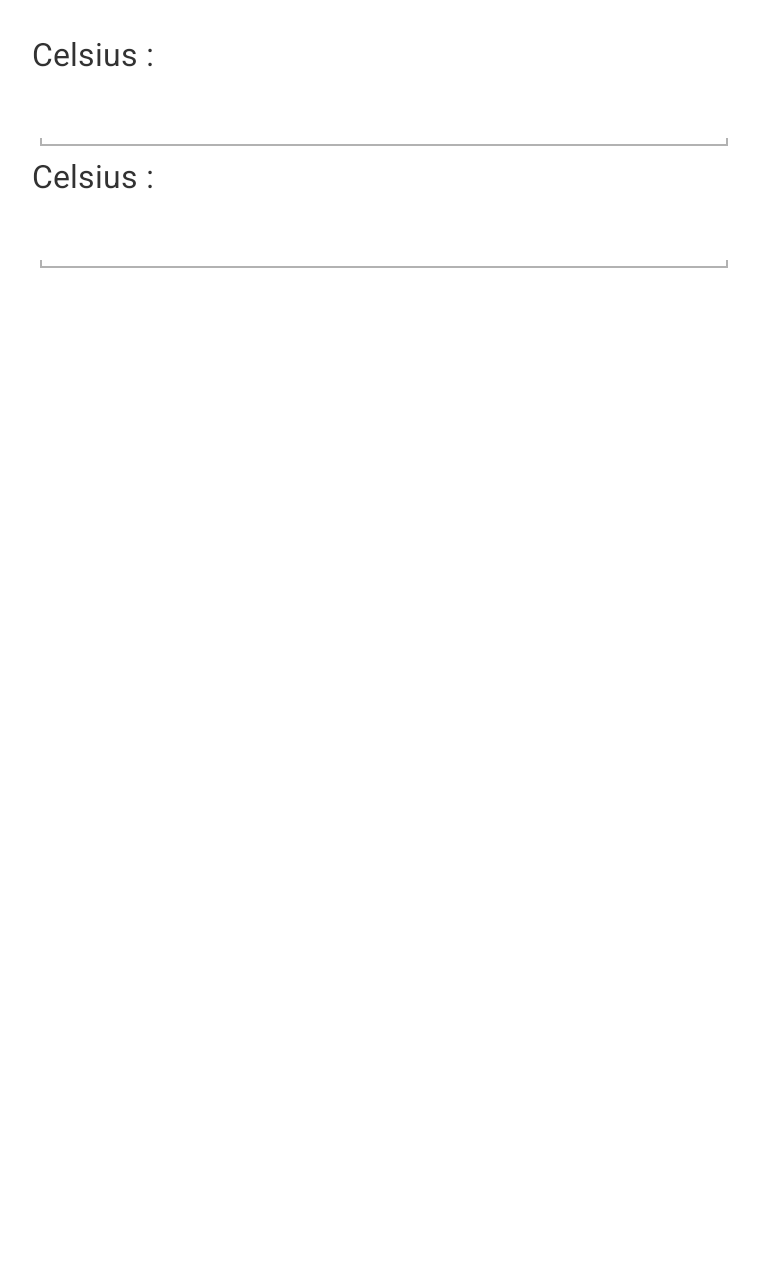
Repository: erickluz/Android
Layout: CelsiusToFahrenheit/res/layout/activity_main.xml
These files come from the project's save history. The layout is drawn as it stood at one moment and after a run of saves; the edit follows.
It is drawn on a 768 x 1280 px phone screen (xhdpi) without system bars, with theme AppTheme; the app's code is not run.

Above is the layout before, as saved 2016-03-15 00:13:01.

### CelsiusToFahrenheit/res/layout/activity_main.xml
<LinearLayout xmlns:android="http://schemas.android.com/apk/res/android"
    xmlns:tools="http://schemas.android.com/tools"
    android:layout_width="match_parent"
    android:layout_height="match_parent"
    android:paddingBottom="@dimen/activity_vertical_margin"
    android:paddingLeft="@dimen/activity_horizontal_margin"
    android:paddingRight="@dimen/activity_horizontal_margin"
    android:paddingTop="@dimen/activity_vertical_margin"
    android:orientation="vertical"
    tools:context="com.erick.celsiustofahrenheit.MainActivity" >

    <TextView
        android:layout_width="wrap_content"
        android:layout_height="wrap_content"
        android:textSize="16sp"
        android:text="@string/celsius" />

  <EditText
      	android:id="@+id/txtCelcius"
      	android:labelFor="@+id/txtCelcius"
      	android:layout_width="fill_parent"
      	android:layout_height="wrap_content"
      	android:inputType="number"/>

    <TextView
        android:layout_width="wrap_content"
        android:layout_height="wrap_content"
        android:textSize="16sp"
        android:text="@string/celsius" />

  <EditText
      	android:id="@+id/txtFahrenheit"
      	android:labelFor="@+id/txtFahrenheit"
      	android:layout_width="fill_parent"
      	android:layout_height="wrap_content"
      	android:inputType="number"/>

</LinearLayout>

### CelsiusToFahrenheit/res/values/strings.xml
<?xml version="1.0" encoding="utf-8"?>
<resources>

    <string name="app_name">CelsiusToFahrenheit</string>
    <string name="hello_world">Hello world!</string>
    <string name="action_settings">Settings</string>
    <string name="celsius">Celsius :</string>
    <string name="fahrenheit">Fahrenheit:</string>

</resources>

Loaded but not shown: CelsiusToFahrenheit/res/values/styles.xml (common file); CelsiusToFahrenheit/res/values-v11/styles.xml (common file); CelsiusToFahrenheit/res/values-v14/styles.xml (common file); CelsiusToFahrenheit/res/values/dimens.xml (common file); CelsiusToFahrenheit/res/values-w820dp/dimens.xml (common file)

After the next 2 saves:
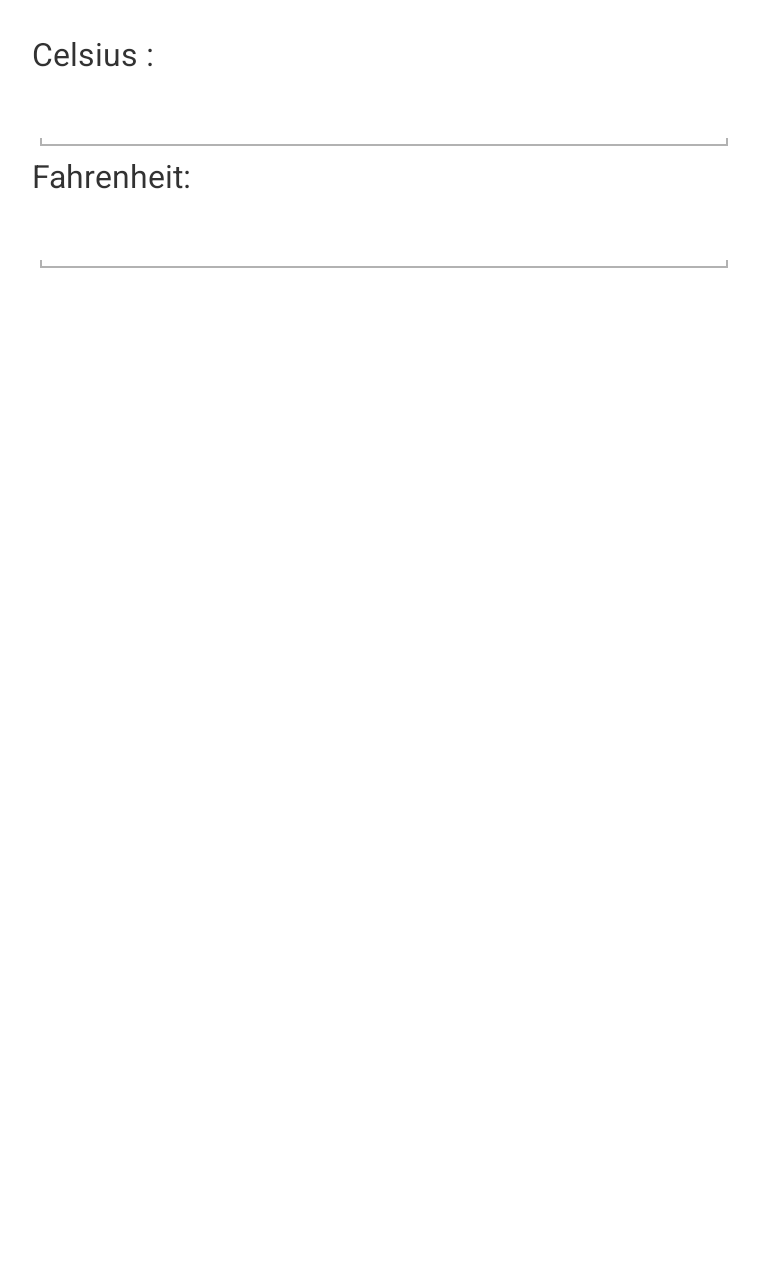
The 2 saves are shown as one change because they came seconds apart.
The last was saved 9 s later.
--- a/CelsiusToFahrenheit/res/layout/activity_main.xml
+++ b/CelsiusToFahrenheit/res/layout/activity_main.xml
@@ -26,7 +26,7 @@
         android:layout_width="wrap_content"
         android:layout_height="wrap_content"
         android:textSize="16sp"
-        android:text="@string/celsius" />
+        android:text="@string/fahrenheit" />
 
   <EditText
       	android:id="@+id/txtFahrenheit"
